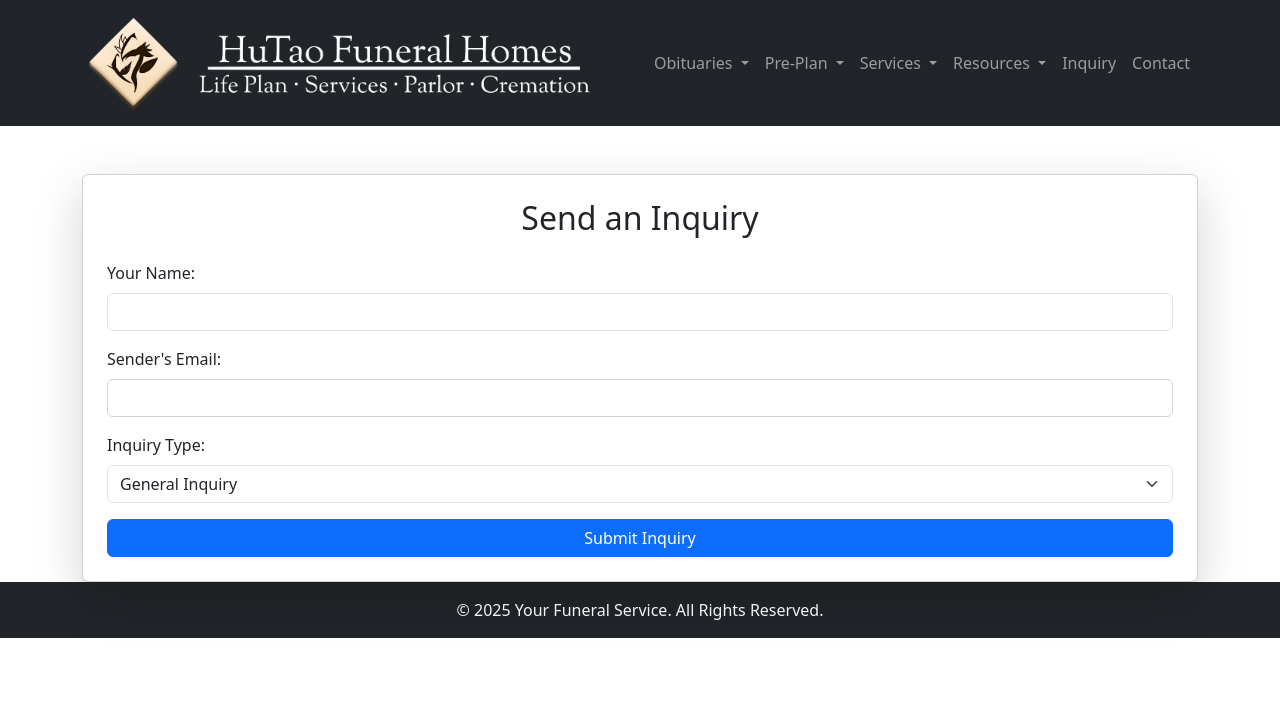
Repository: Jamil-cyber-hash/INSANITY
Page: http://localhost/inquiry.php
The author's editor kept a copy of each file at every save. The page is drawn from the files as they stood at one save, then again after the next save.
The browser window is 1280 px wide. The pictures show the whole page.
The page is run by PHP 8.4 with error messages shown; the project is at /var/www/html/.

Above is the page before, as saved 2025-03-24 00:43:11.
Console error: TypeError: Cannot read properties of null (reading 'addEventListener')

After the next save:
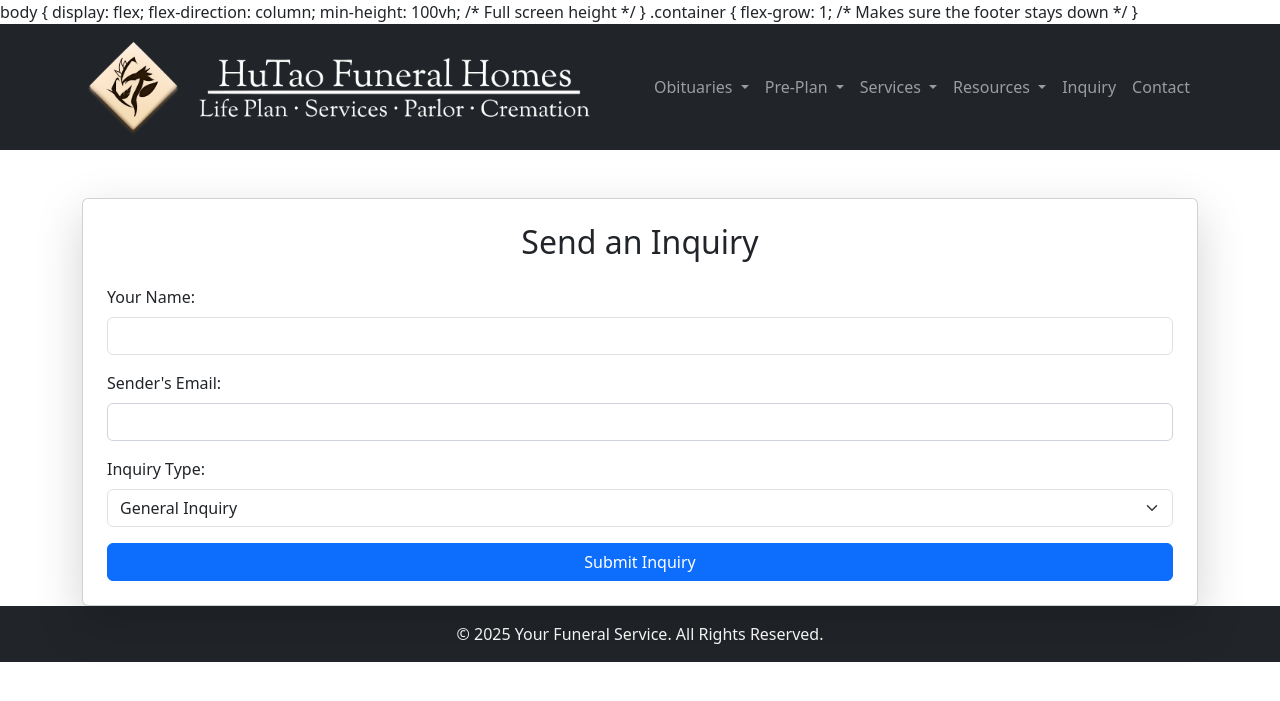
Saved 5 s later.
--- a/inquiry.php
+++ b/inquiry.php
@@ -34,6 +34,15 @@
             });
         });
     </script>
+body {
+    display: flex;
+    flex-direction: column;
+    min-height: 100vh; /* Full screen height */
+}
+
+.container {
+    flex-grow: 1; /* Makes sure the footer stays down */
+}
 
 </head>
 <body>
